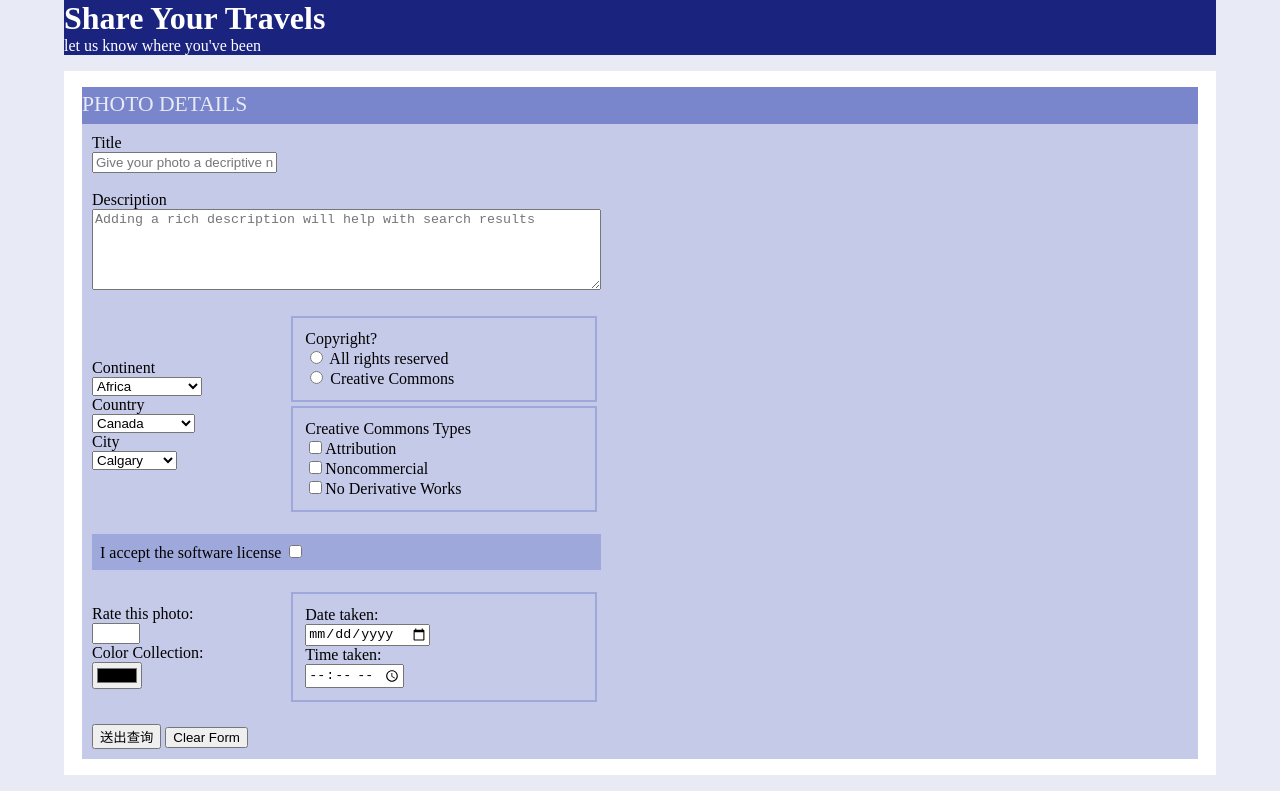
Repository: thomasTAT/UM
Page: cisc3003/CISC3003-EclipseWS-Practices-2023/CISC3003-Practice04-2023FEB17/public/cisc3003-practice04.html
These files come from the project's save history. The page is drawn as it stood at one moment and after a run of saves; the edit follows.
The browser window is 1280 px wide. The pictures show the whole page.

Above is the page before, as saved 2023-02-24 01:40:36.

### cisc3003/CISC3003-EclipseWS-Practices-2023/CISC3003-Practice04-2023FEB17/public/cisc3003-practice04.html
<!DOCTYPE html>
<html lang="en">

<head>
    <meta charset="utf-8">
    <title>CISC3003: Practice 04</title>
    <link rel="stylesheet" href="css/reset.css">
    <link rel="stylesheet" href="css/cisc3003-practice04.css">
</head>

<body>
    <header>
        <h1>Share Your Travels</h1>
        <p>let us know where you've been</p>
    </header>
    <main>
        <section>
            <h2 style="display: none">This is a form</h2>
            <form action="process.php">
                <fieldset>
                    <legend>Photo Details</legend>
                    <table>
                        <tr>
                            <td colspan="2">
                                <label for="title">Title</label>
                                <br>
                                <input type="text" name="title" id="title"
                                    placeholder="Give your photo a decriptive name">
                            </td>
                        </tr>
                        <tr>
                            <td colspan="2">
                                <label for="description"> Description </label>
                                <br>
                                <textarea id="description" name="description" rows="5" cols="61"
                                    placeholder="Adding a rich description will help with search results"></textarea>
                            </td>
                        </tr>
                        <tr>
                            <td>
                                <label for="continent">Continent</label>
                                <br>
                                <select name="continent" id="continent">
                                    <option value="africa">Africa</option>
                                    <option value="asia">Asia</option>
                                    <option value="eu">Europe</option>
                                    <option value="NA">North America</option>
                                    <option value="SA">South America</option>
                                </select>
                                <br>
                                <label for="country">Country</label>
                                <br>
                                <select name="country" id="country">
                                    <option value="canada">Canada</option>
                                    <option value="mexico">Mexico</option>
                                    <option value="united-states">United States</option>
                                </select>
                                <br>
                                <label for="city">City</label>
                                <br>
                                <select name="city" id="city">
                                    <option value="calgary">Calgary</option>
                                    <option value="montreal">Montreal</option>
                                    <option value="toronto">Toronto</option>
                                    <option value="vancouver">Vancouver</option>
                                </select>
                                <br>
                            </td>
                            <td>
                                <div class="border">
                                    <label>Copyright?</label>
                                    <br>
                                    <input type="radio" name="reserved" id="reserved" value="reserved">
                                    <label for="reserved">All rights reserved</label>
                                    <br>
                                    <input type="radio" name="commons" id="commons" value="commons">
                                    <label for="commons">Creative Commons</label>
                                    <br>
                                </div>
                                <div class="border">
                                    <label>Creative Commons Types</label>
                                    <br>
                                    <input type="checkbox" name="cc[]" value="1">Attribution
                                    <br>
                                    <input type="checkbox" name="cc[]" value="2">Noncommercial
                                    <br>
                                    <input type="checkbox" name="cc[]" value="3">No Derivative
                                    Works <br>
                                </div>
                            </td>
                        </tr>
                        <tr>
                            <td colspan="2">
                                <div class="background">
                                    I accept the software license
                                    <input type="checkbox" name="accept-license" value="1">
                                </div>
                            </td>
                        </tr>
                        <tr>
                            <td>
                                <label for="rate">Rate this photo: </label>
                                <br>
                                <input type="number" min="1" max="5" name="rate" id="rate">
                                <br>
                                <label for="color">Color Collection:</label>
                                <br>
                                <input type="color" name="color" id="color">
                                <br>
                            </td>
                            <td>
                                <div class="border">
                                    <label for="date">Date taken:</label>
                                    <br>
                                    <input type="date" name="date" id="date">
                                    <br>
                                    <label for="time">Time taken:</label>
                                    <br>
                                    <input type="time" name="time" id="time">
                                    <br>
                                </div>
                            </td>
                        </tr>
                        <tr>
                            <td colspan="2">
                                <div class="stripe">
                                    <input type="submit" value="送出查询" class="rounded">
                                    <input type="reset" value="Clear Form" class="rounded">
                                </div>
                            </td>
                        </tr>
                    </table>
                </fieldset>
            </form>
        </section>
    </main>
</body>

</html>

### cisc3003/CISC3003-EclipseWS-Practices-2023/CISC3003-Practice04-2023FEB17/public/css/reset.css
html, body, header, footer, hgroup, nav, main, article, section, figure, figcaption, h1, h2, h3, ul, li, body, div, p, img
{
   margin: 0;
   padding: 0;
   font-size: 100%;
   vertical-align: baseline;
   border: 0;
}

### cisc3003/CISC3003-EclipseWS-Practices-2023/CISC3003-Practice04-2023FEB17/public/css/cisc3003-practice04.css
header {
    margin: 0em 4em 0.25em 4em;
    background-color: #1a237e;
    color: white
}

main {
    background-color: white;
    margin: 1em 4em 1em 4em;
    padding: 1em;

}

body {
    background-color: #e8eaf6;
    max-width
}

h1 {
    font-size: 2rem;
}

header p {
    font-size: 1rem;
}

fieldset {
    background-color: #c5cae9;
    border: none;
    padding: 0;
}

legend {
    font-size: 1.35rem;
    background-color: #7986cb;
    height: 1.7rem;
    color: #e8eaf6;
    text-transform: uppercase;
    width: 100%;
    margin: 0;
    padding: 5px 0;
}

.background {
    background-color: #9fa8da;
    padding: 0.5em;
}

table td {
    padding: 0.5em;
}

.border {
    border: 2px solid #9fa8da;
    margin: 0.25em;
    padding: 0.75em;
}

After the next 2 saves:
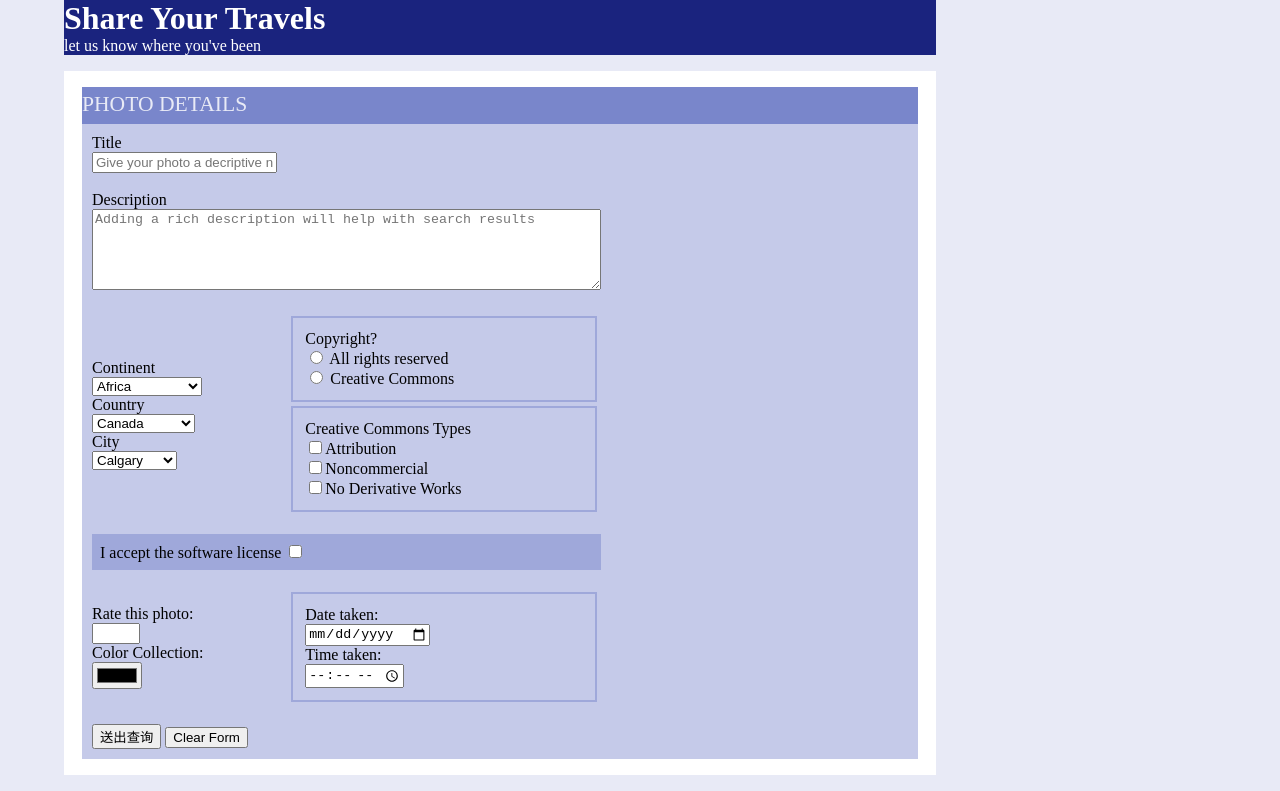
The 2 saves are shown as one change because they came seconds apart.
The last was saved 15 s later.
--- a/cisc3003/CISC3003-EclipseWS-Practices-2023/CISC3003-Practice04-2023FEB17/public/css/cisc3003-practice04.css
+++ b/cisc3003/CISC3003-EclipseWS-Practices-2023/CISC3003-Practice04-2023FEB17/public/css/cisc3003-practice04.css
@@ -13,7 +13,7 @@ main {
 
 body {
     background-color: #e8eaf6;
-    max-width
+    max-width: 1000px;
 }
 
 h1 {
